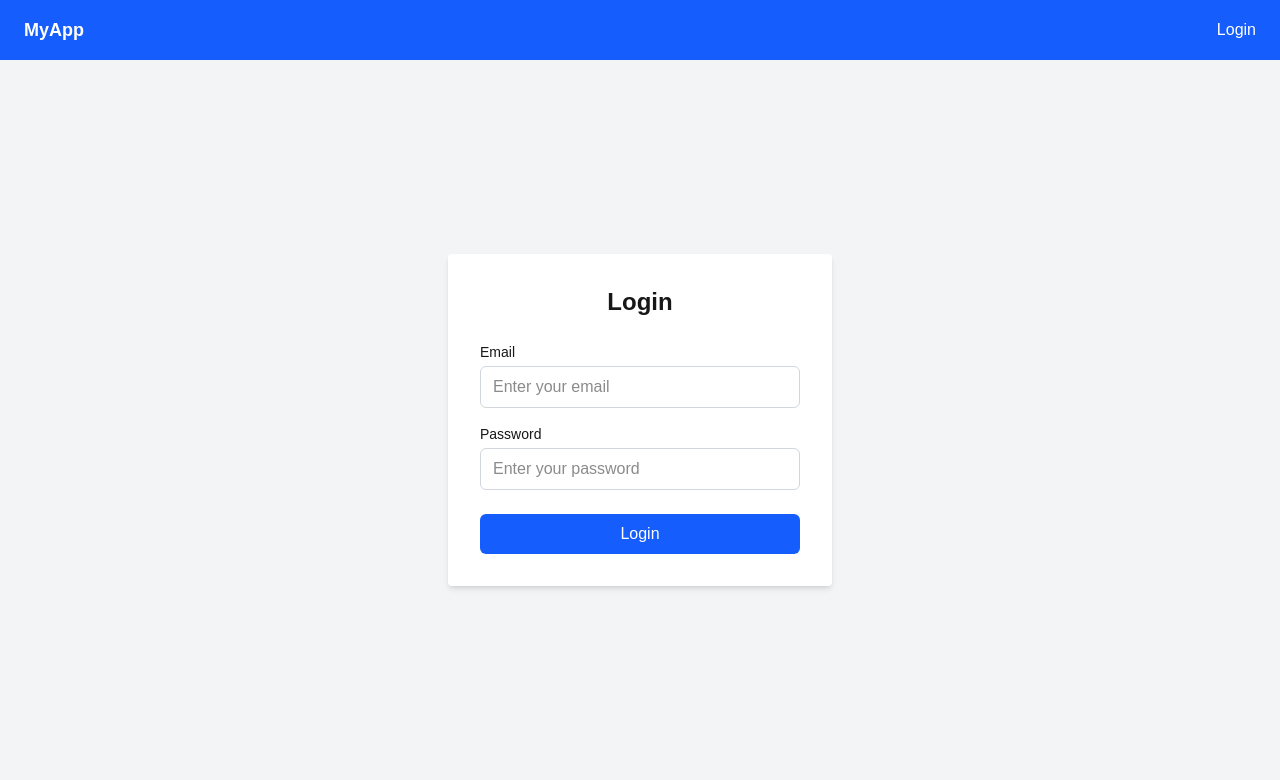
Repository: smnshzh/pars-mars
Page: /login
An editor plug-in stored every save of this project. The page is shown before and after the next save, followed by the edit.
The browser window is 1280 px wide. The pictures show the whole page.
The page's requests for data from a server got no answer. The project was rebuilt for these pictures with package versions that can differ from the ones it lists, and the page was loaded fresh each time. The framework's server and built-in components were replaced by stand-ins that run in the browser. No one was signed in, and anything a server would have sent is missing. Also part of the build but not shown: next.config.ts.

Above is the page before, as saved 2025-04-13 21:42:46.

### src/app/layout.tsx
// src/app/layout.tsx
import "./globals.css";
import { Inter } from "next/font/google";
import SessionWrapper from "../components/SessionWrapper";
import Navbar from "../components/Navbar";

const inter = Inter({ subsets: ["latin"] });

export const metadata = {
  title: "Next.js Auth with Cloudflare D1",
  description: "A secure authentication system using NextAuth.js and Cloudflare D1.",
};

export default function RootLayout({
  children,
}: {
  children: React.ReactNode;
}) {
  return (
    <html lang="en" className={inter.className}>
      <body>
        {/* Wrap the app with SessionWrapper */}
        <SessionWrapper>
          <div className="min-h-screen flex flex-col">
            <Navbar />
            <main className="flex-1">{children}</main>
          </div>
        </SessionWrapper>
      </body>
    </html>
  );
}

### src/app/login/page.tsx
// src/app/login/page.tsx
"use client"; // Mark this as a client component because it uses hooks

import { useState } from "react";
import { signIn } from "next-auth/react";

export default function LoginPage() {
  const [email, setEmail] = useState("");
  const [password, setPassword] = useState("");

  const handleSubmit = async (e: React.FormEvent) => {
    e.preventDefault();

    const result = await signIn("credentials", {
      email,
      password,
      redirect: false, // Prevent automatic redirection
    });

    if (result?.error) {
      // Handle the error (e.g., redirect to a custom error page)
      window.location.href = "/error?message=Invalid email or password";
    } else {
      // Redirect to the dashboard or home page
      window.location.href = "/dashboard";
    }
  };

  return (
    <div className="min-h-screen flex items-center justify-center bg-gray-100">
      <form onSubmit={handleSubmit} className="bg-white p-8 rounded shadow-md w-full max-w-sm">
        <h2 className="text-2xl font-bold mb-6 text-center">Login</h2>
        <div className="mb-4">
          <label htmlFor="email" className="block text-sm font-medium">
            Email
          </label>
          <input
            type="email"
            id="email"
            value={email}
            onChange={(e) => setEmail(e.target.value)}
            className="mt-1 block w-full px-3 py-2 border border-gray-300 rounded-md"
            placeholder="Enter your email"
            required
          />
        </div>
        <div className="mb-6">
          <label htmlFor="password" className="block text-sm font-medium">
            Password
          </label>
          <input
            type="password"
            id="password"
            value={password}
            onChange={(e) => setPassword(e.target.value)}
            className="mt-1 block w-full px-3 py-2 border border-gray-300 rounded-md"
            placeholder="Enter your password"
            required
          />
        </div>
        <button
          type="submit"
          className="w-full bg-blue-600 text-white py-2 px-4 rounded-md hover:bg-blue-700 transition duration-300"
        >
          Login
        </button>
      </form>
    </div>
  );
}

### src/components/SessionWrapper.tsx
// src/components/SessionWrapper.tsx
"use client"; // Mark this as a client component

import { SessionProvider } from "next-auth/react";

export default function SessionWrapper({
  children,
}: {
  children: React.ReactNode;
}) {
  return <SessionProvider>{children}</SessionProvider>;
}

### src/components/Navbar.tsx
// src/components/Navbar.tsx
"use client"; // Mark this as a client component

import Link from "next/link";
import { signOut, useSession } from "next-auth/react";

export default function Navbar() {
  const { data: session } = useSession();

  return (
    <nav className="bg-blue-600 text-white py-4 px-6 shadow-md">
      <div className="container mx-auto flex justify-between items-center">
        <Link href="/" className="text-lg font-bold">
          MyApp
        </Link>
        <div className="flex gap-4">
          {session ? (
            <>
              <Link href="/dashboard" className="hover:text-gray-200">
                Dashboard
              </Link>
              <button onClick={() => signOut()} className="hover:text-gray-200">
                Logout
              </button>
            </>
          ) : (
            <Link href="/login" className="hover:text-gray-200">
              Login
            </Link>
          )}
        </div>
      </div>
    </nav>
  );
}

Loaded but not shown: src/app/globals.css (common file)

After the next save:
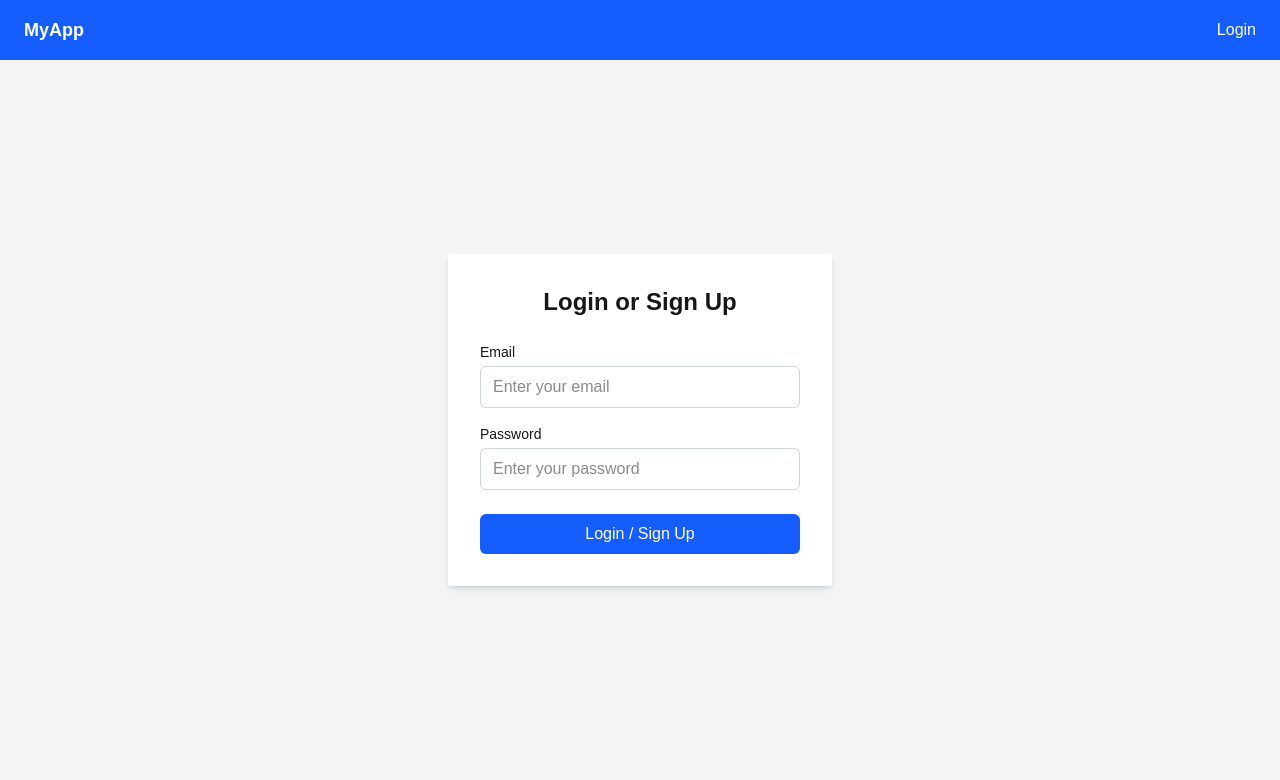
Saved 17 s later.
--- a/src/app/login/page.tsx
+++ b/src/app/login/page.tsx
@@ -3,33 +3,31 @@
 
 import { useState } from "react";
 import { signIn } from "next-auth/react";
+import Link from "next/link";
+import { useSearchParams } from "next/navigation";
 
 export default function LoginPage() {
   const [email, setEmail] = useState("");
   const [password, setPassword] = useState("");
 
+  // Get the query parameters (e.g., error=CredentialsSignin)
+  const searchParams = useSearchParams();
+  const error = searchParams.get("error");
+
   const handleSubmit = async (e: React.FormEvent) => {
     e.preventDefault();
-
-    const result = await signIn("credentials", {
-      email,
-      password,
-      redirect: false, // Prevent automatic redirection
-    });
-
-    if (result?.error) {
-      // Handle the error (e.g., redirect to a custom error page)
-      window.location.href = "/error?message=Invalid email or password";
-    } else {
-      // Redirect to the dashboard or home page
-      window.location.href = "/dashboard";
-    }
+    await signIn("credentials", { email, password });
   };
 
   return (
     <div className="min-h-screen flex items-center justify-center bg-gray-100">
       <form onSubmit={handleSubmit} className="bg-white p-8 rounded shadow-md w-full max-w-sm">
-        <h2 className="text-2xl font-bold mb-6 text-center">Login</h2>
+        <h2 className="text-2xl font-bold mb-6 text-center">Login or Sign Up</h2>
+        {error && (
+          <p className="text-red-500 text-sm mb-4">
+            {error === "CredentialsSignin" ? "Invalid email or password." : "An error occurred."}
+          </p>
+        )}
         <div className="mb-4">
           <label htmlFor="email" className="block text-sm font-medium">
             Email
@@ -62,7 +60,7 @@ export default function LoginPage() {
           type="submit"
           className="w-full bg-blue-600 text-white py-2 px-4 rounded-md hover:bg-blue-700 transition duration-300"
         >
-          Login
+          Login / Sign Up
         </button>
       </form>
     </div>
